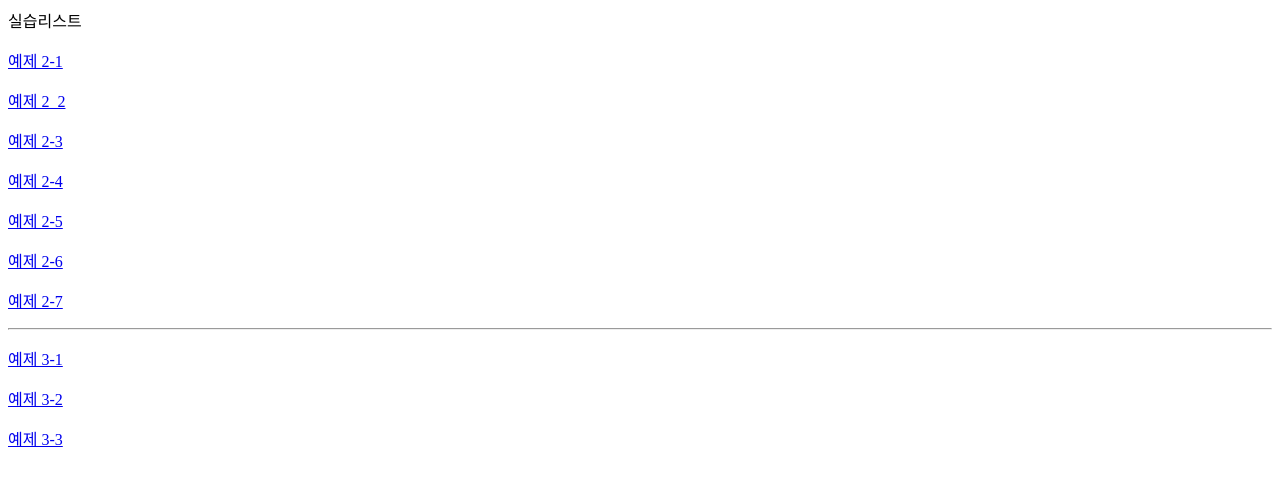
Repository: H-hyeonje/jsp
Page: http://localhost/jsbook/
These files come from the project's save history. The page is drawn as it stood at one moment and after the next save; the edit follows.
The browser window is 1280 px wide. The pictures show the whole page.
The page is served by Tomcat 10.

Above is the page before, as saved 2024-10-08 05:56:11.

After the next save:
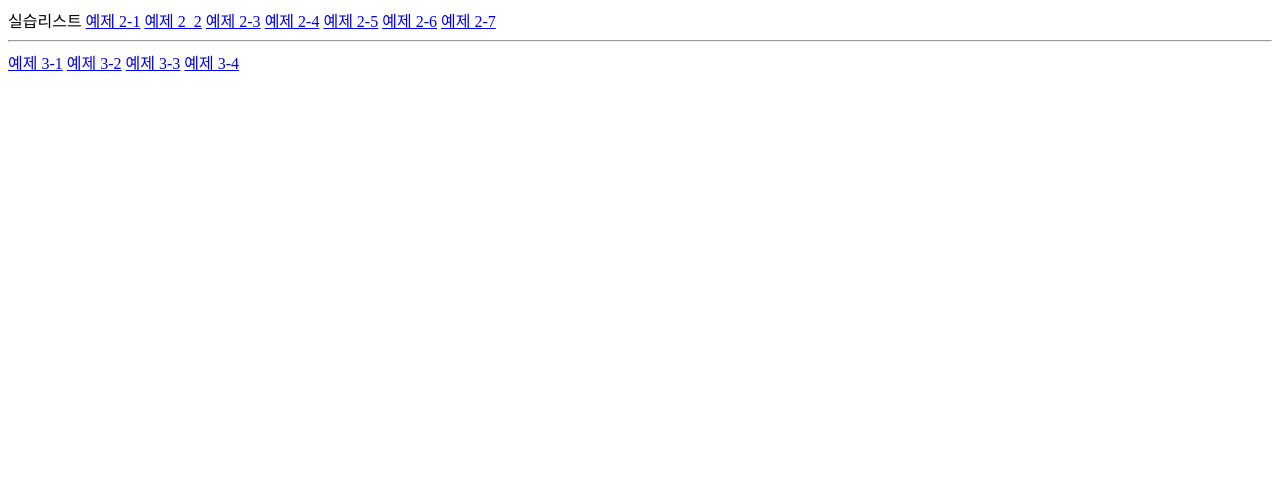
Saved 3 min 22 s later.
--- a/jsbook/src/main/webapp/index.jsp
+++ b/jsbook/src/main/webapp/index.jsp
@@ -8,16 +8,17 @@
 </head>
 <body>
 실습리스트
-<p><a href="2_1">예제 2-1</a></p>
-<p><a href="2_2">예제 2_2</a></p>
-<p><a href="2_3">예제 2-3</a></p>
-<p><a href="2_4">예제 2-4</a></p>
-<p><a href="2_5">예제 2-5</a></p>
-<p><a href="2_6">예제 2-6</a></p>
-<p><a href="2_7">예제 2-7</a></p>
+<a href="2_1">예제 2-1</a>
+<a href="2_2">예제 2_2</a>
+<a href="2_3">예제 2-3</a>
+<a href="2_4">예제 2-4</a>
+<a href="2_5">예제 2-5</a>
+<a href="2_6">예제 2-6</a>
+<a href="2_7">예제 2-7</a>
 <hr></hr>
-<p><a href="3_1">예제 3-1</a></p>
-<p><a href="3_2">예제 3-2</a></p>
-<p><a href="3">예제 3-3</a></p>
+<a href="3_1">예제 3-1</a>
+<a href="3_2">예제 3-2</a>
+<a href="3_3">예제 3-3</a>
+<a href="3_4">예제 3-4</a>
 </body>
 </html>
